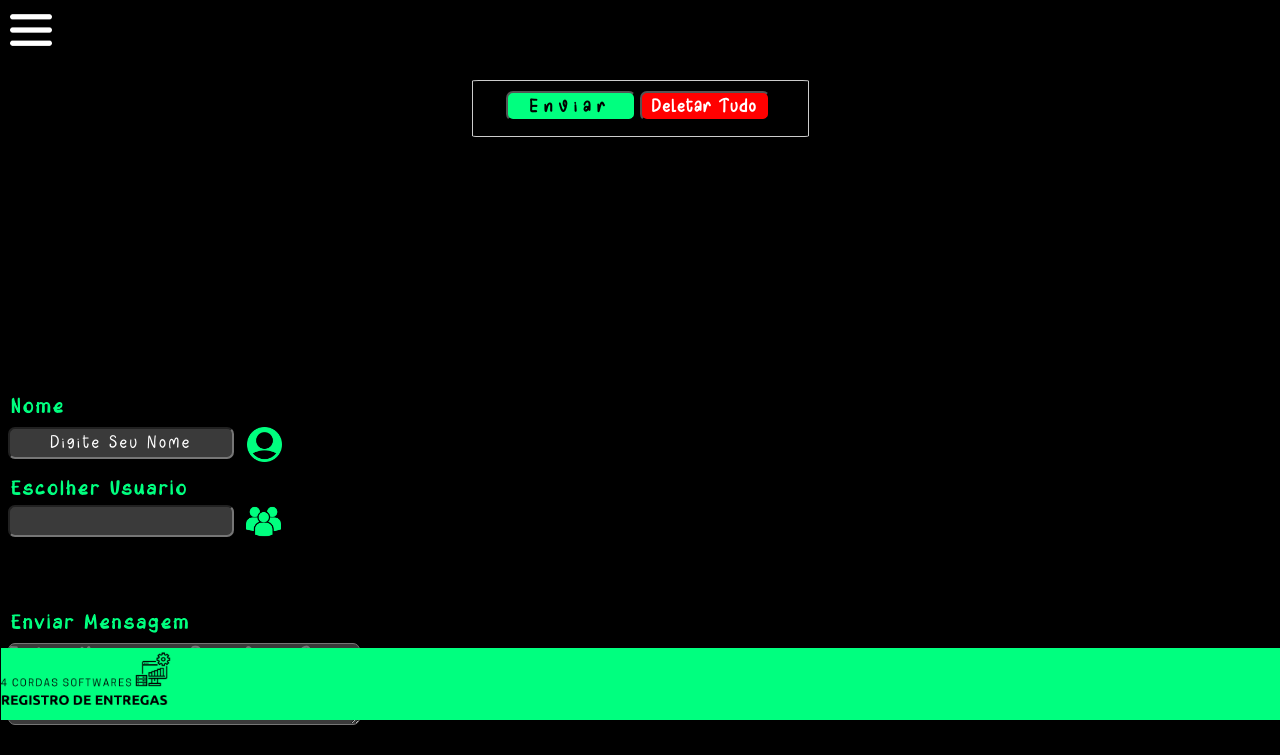
Repository: alfredo-allan/relatorioentregas
Page: pages/chatapp.html
An editor plug-in stored every save of this project. The page is shown before and after the next save, followed by the edit.
The browser window is 1280 px wide. The pictures show the whole page.
The page's requests for data from a server got no answer.

Above is the page before, as saved 2024-05-16 22:07:52.
Console error: TypeError: Cannot read properties of null (reading 'addEventListener')

After the next save:
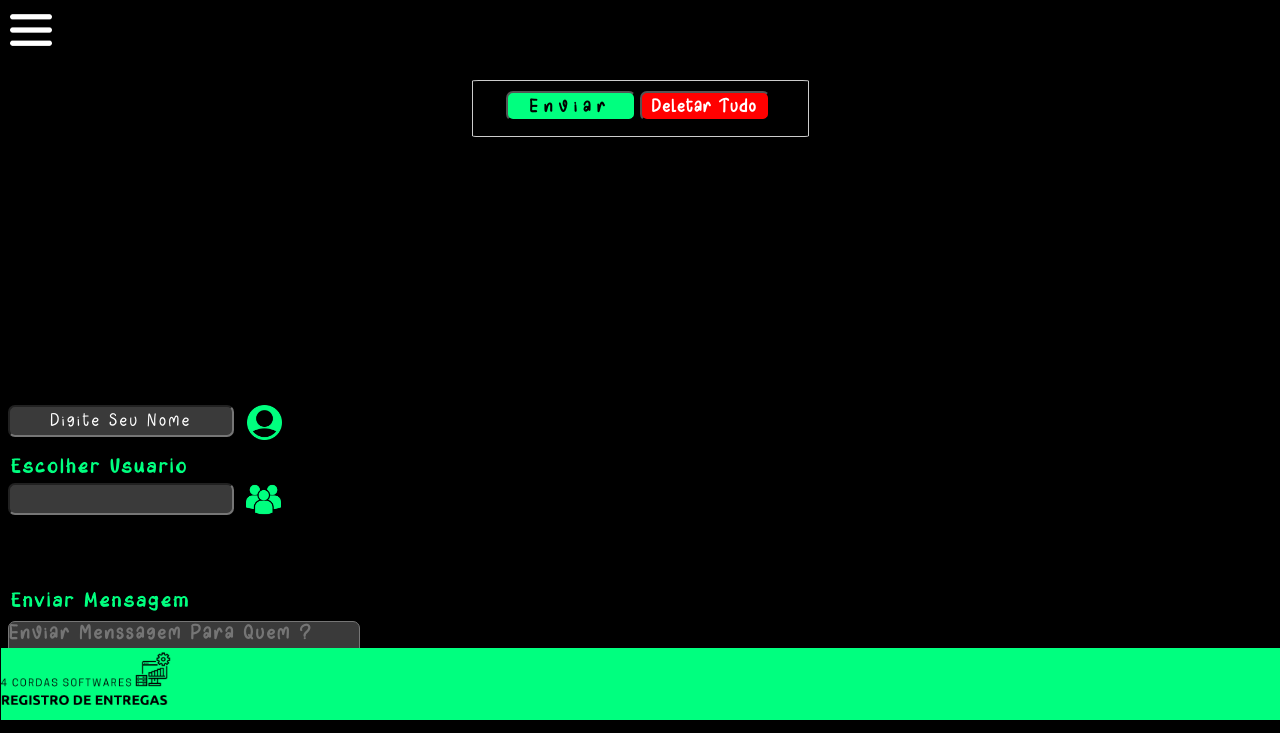
Saved 14 s later.
--- a/pages/chatapp.html
+++ b/pages/chatapp.html
@@ -112,7 +112,7 @@
       </div>
     </div>
     <div id="login">
-      <span>Nome</span> <br />
+       <br />
       <input id="nomeusuario" type="text" placeholder="Digite Seu Nome" />
       <img id="utlizador" src="../img/do-utilizador.png" alt="" />
     </div>
